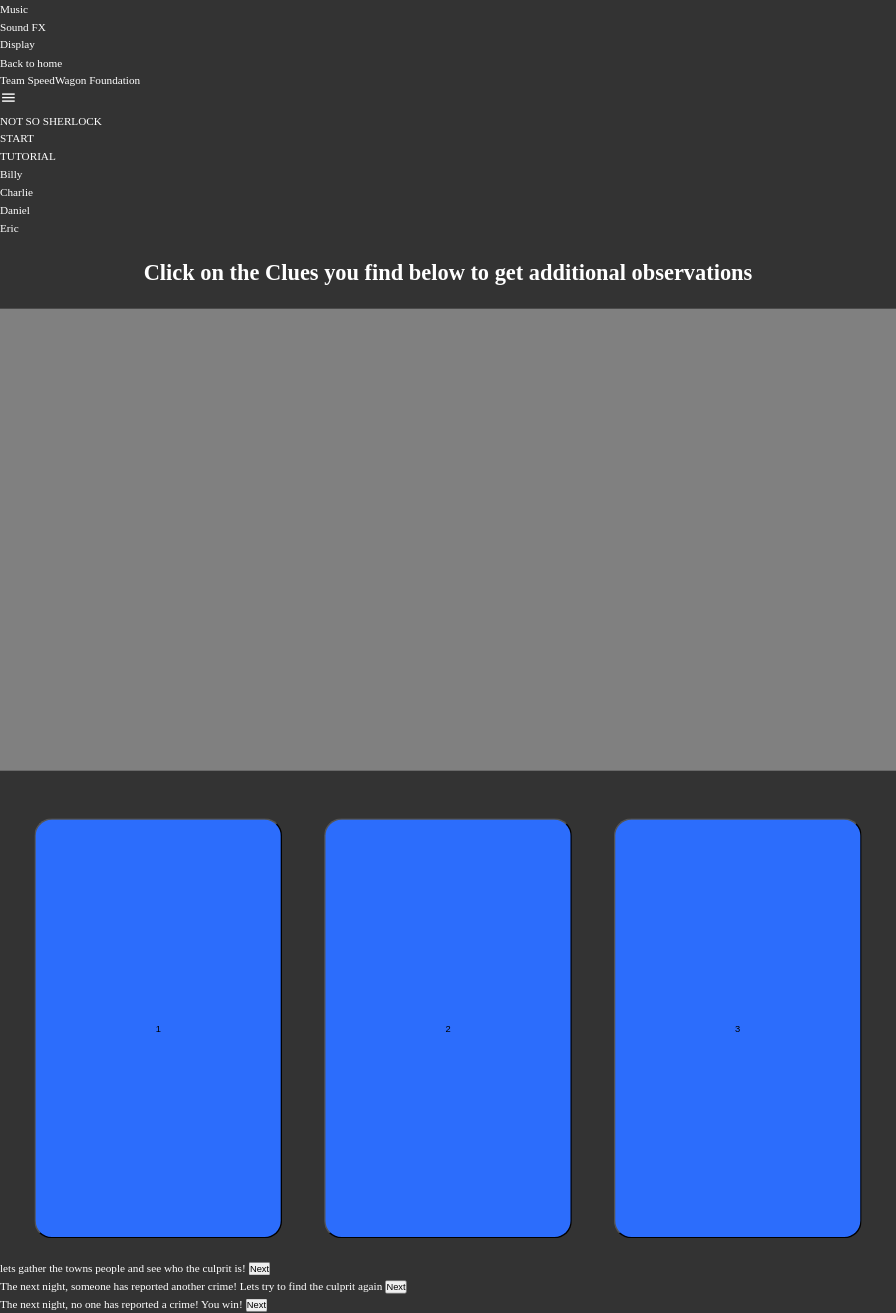
Repository: nguyenlejoe/Dynamic_notSoSherlock
Page: index.html
These files come from the project's save history. The page is drawn as it stood at one moment and after the next save; the edit follows.
The browser window is 1280 px wide. The pictures show the whole page, at 70% of full size.

Above is the page before, as saved 2020-03-20 15:03:48.

After the next save:
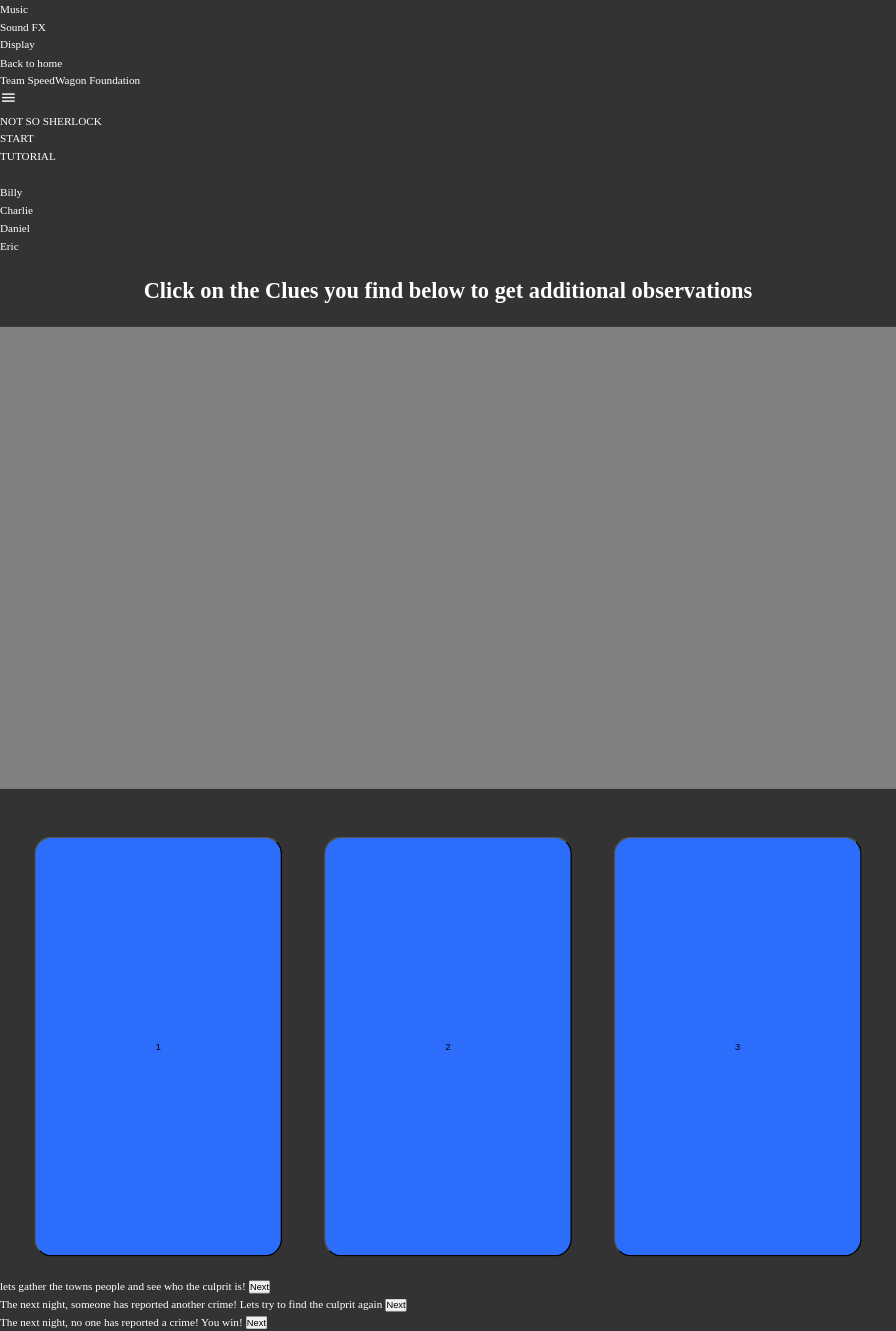
Saved 76 s later.
--- a/Joe_ObjectGen/objectPage.js
+++ b/Joe_ObjectGen/objectPage.js
@@ -260,7 +260,7 @@
     {
       owner: "Angela Anger",
       innerImg: "",
-      imgFile: "<img scr='./Assets/outerHouses/House-01.svg'"
+      imgFile: "<img scr='./Assets/outerHouses/House-01.svg'/>"
     },
     {
       owner: "Billy Bad",
